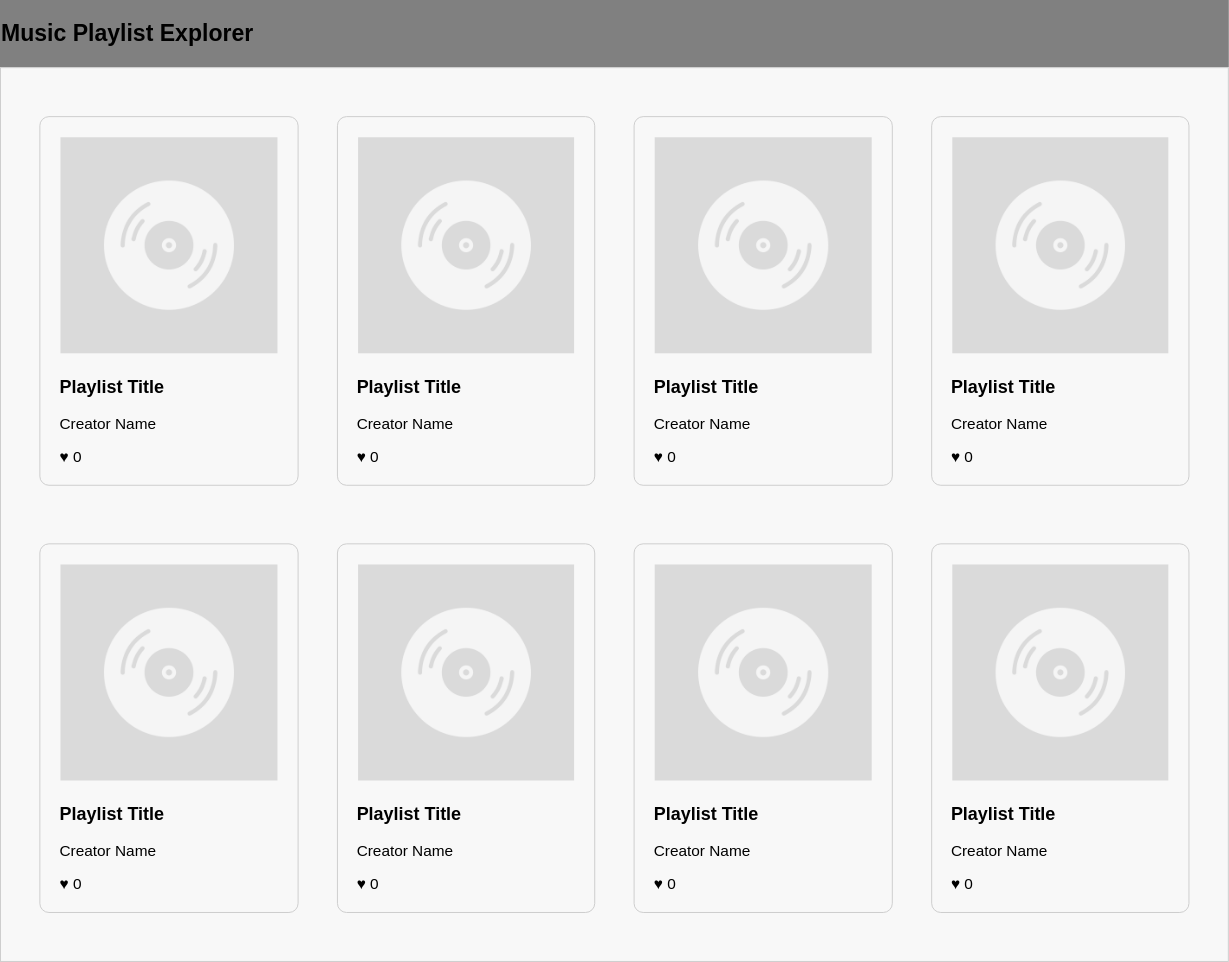
Repository: valentinaarojas/music-player-explorer
Page: index.html
The author's editor kept a copy of each file at every save. The page is drawn from the files as they stood at one save, then again after the next save.
The browser window is 1280 px wide. The pictures show the whole page, at 96% of full size.

Above is the page before, as saved 2025-02-18 18:47:53.
Console error: SyntaxError: Unexpected token '{'

After the next save:
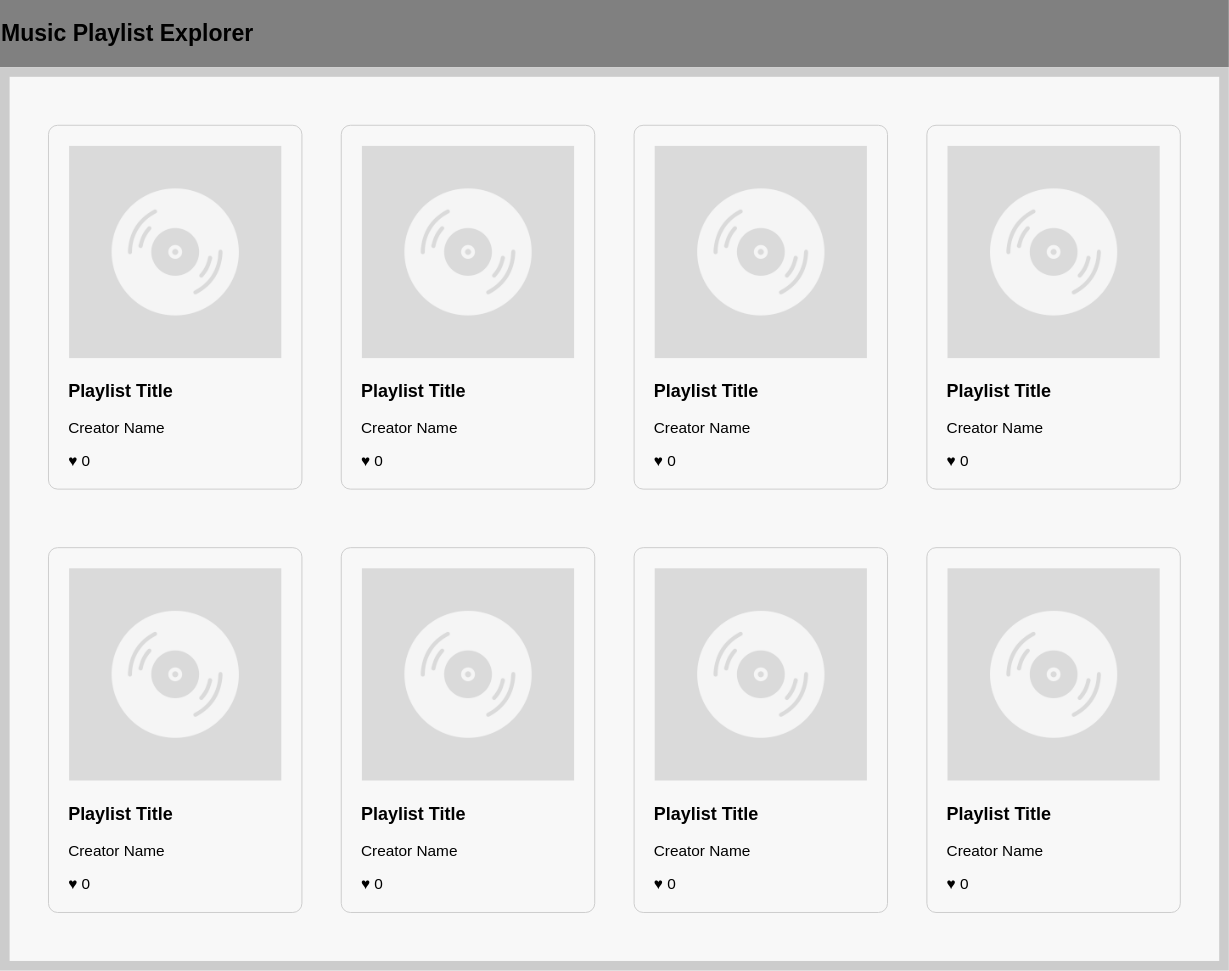
Saved 6 s later.
--- a/style.css
+++ b/style.css
@@ -14,7 +14,7 @@
     display: grid;
     grid-template-columns: repeat(4, 1fr);
     padding: 20px;
-    border: 1px solid #ccc;
+    border: 10px solid #ccc;
 }
 
 .playlist-card {

After the save that followed:
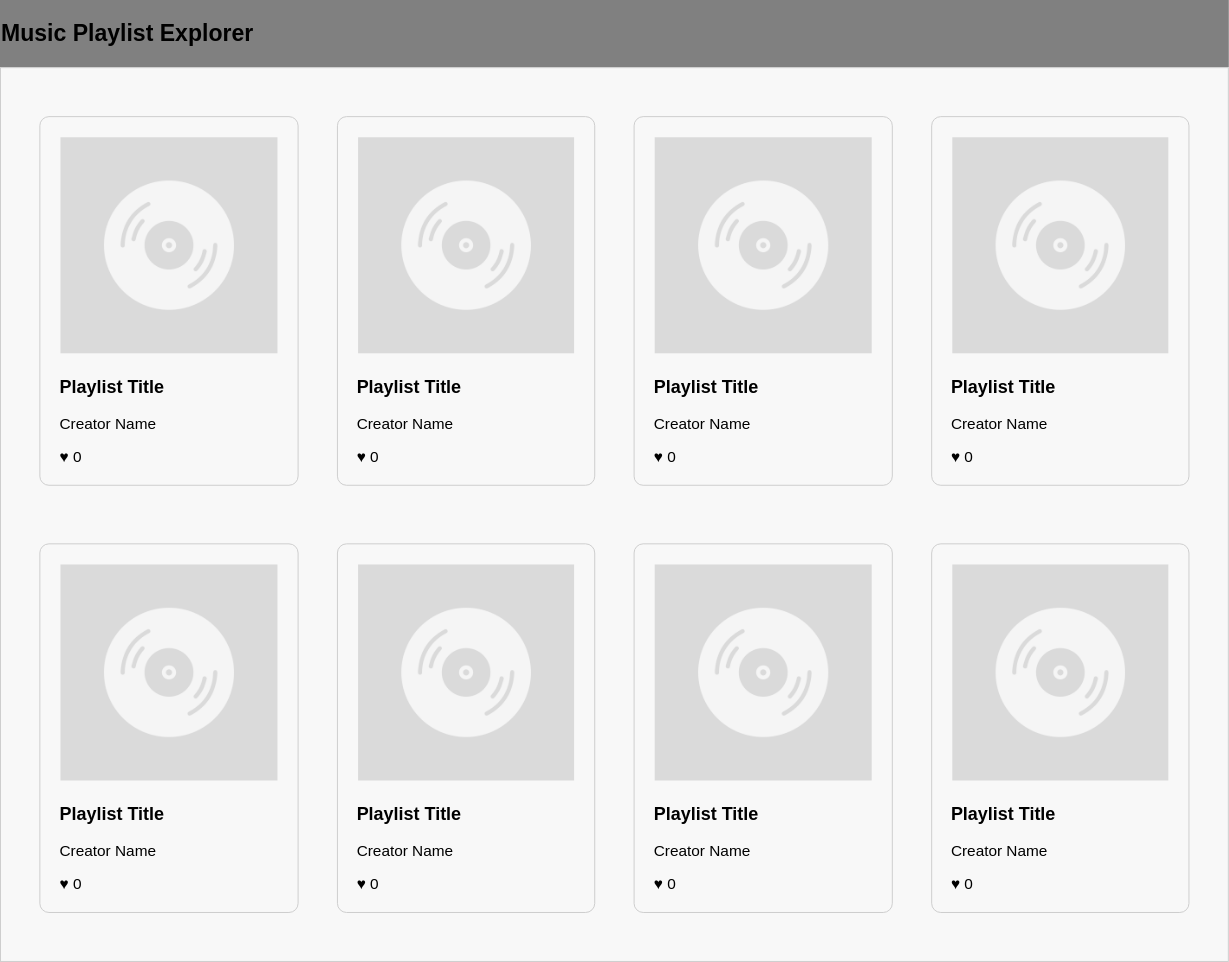
Saved 7 s later.
--- a/style.css
+++ b/style.css
@@ -14,7 +14,7 @@
     display: grid;
     grid-template-columns: repeat(4, 1fr);
     padding: 20px;
-    border: 10px solid #ccc;
+    border: 1px solid #ccc;
 }
 
 .playlist-card {
